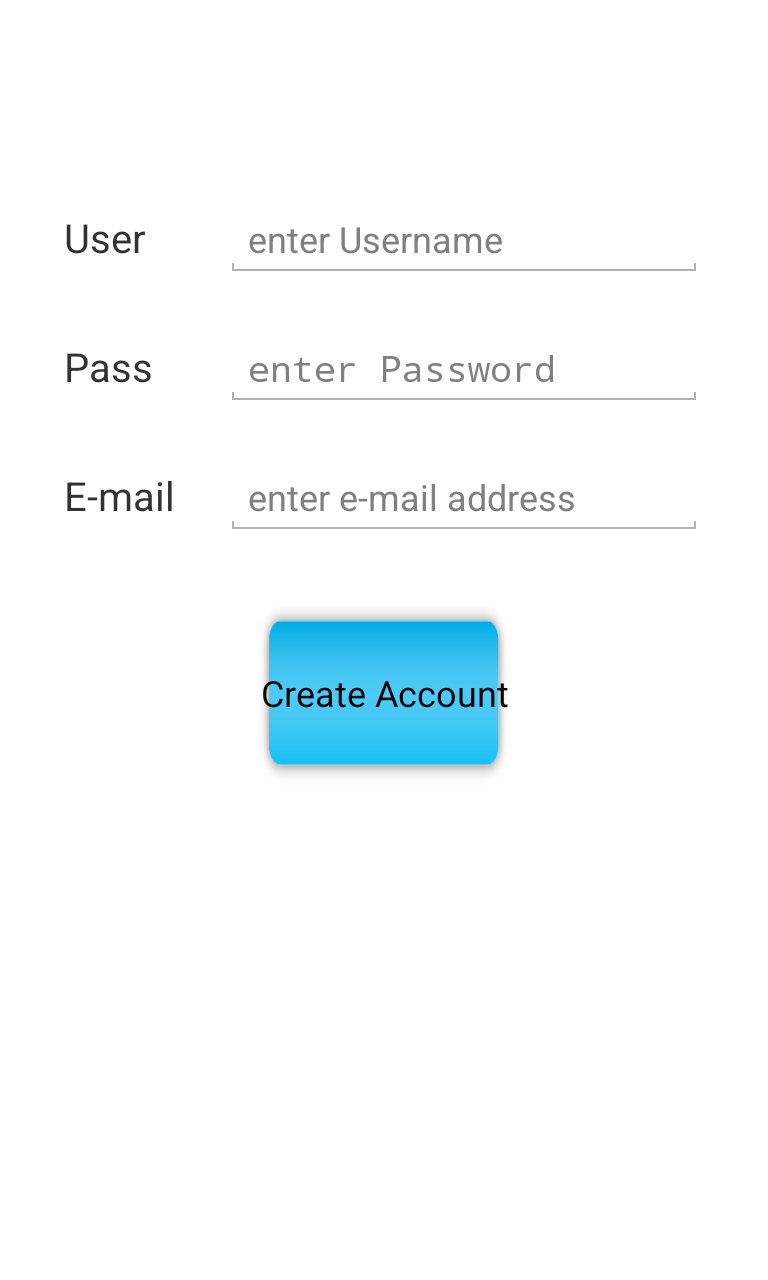
Repository: frebblegameteam/FrebbleApp
Layout: Frebble/res/layout/activity_sign_up.xml
These files come from the project's save history. The layout is drawn as it stood at one moment and after the next save; the edit follows.
It is drawn on a 768 x 1280 px phone screen (xhdpi) without system bars, with theme FrebbleABTheme; the app's code is not run.

Above is the layout before, as saved 2014-10-08 14:05:42.

After the next save:
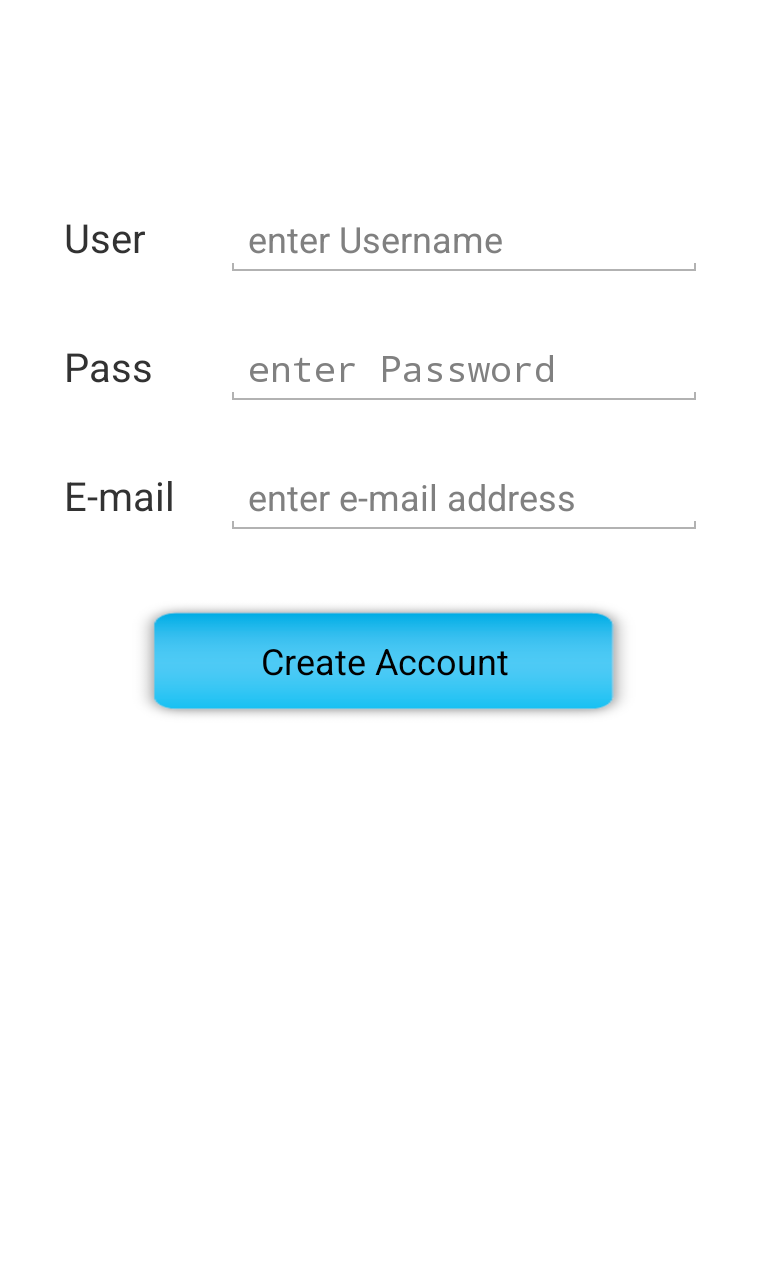
Saved 9 s later.
--- a/Frebble/res/layout/activity_sign_up.xml
+++ b/Frebble/res/layout/activity_sign_up.xml
@@ -70,8 +70,8 @@
 
         <Button
             android:id="@+id/createAccButton"
-            android:layout_width="128dp"
-            android:layout_height="96dp"
+            android:layout_width="256dp"
+            android:layout_height="64dp"
             android:layout_below="@id/L02"
             android:layout_centerHorizontal="true"
             android:layout_marginTop="30dp"
